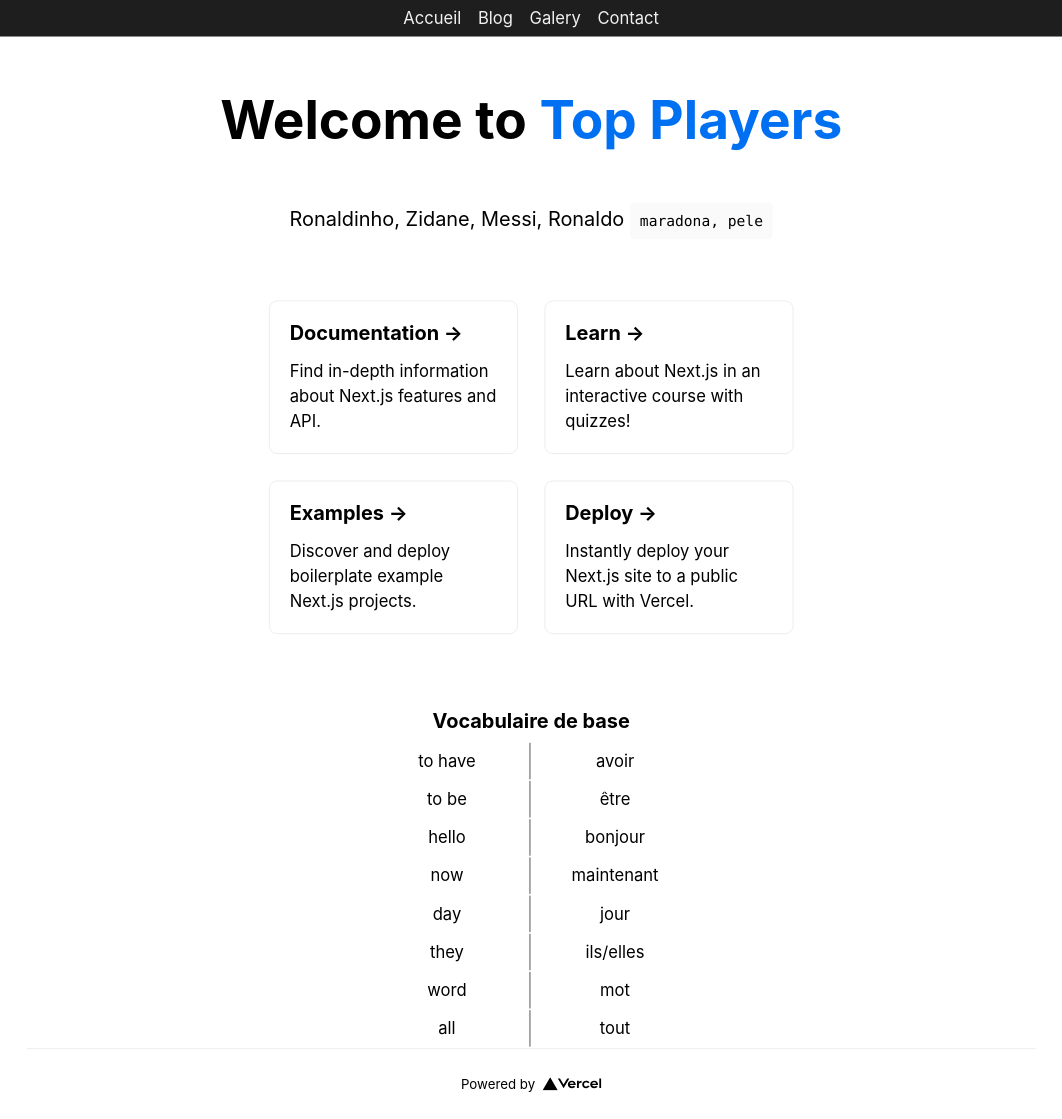
Repository: duncanidaho14/next-first-app
Page: /
These files come from the project's save history. The page is drawn as it stood at one moment and after the next save; the edit follows.
The browser window is 1280 px wide. The pictures show the whole page, at 83% of full size.
The project was rebuilt for these pictures with package versions that can differ from the ones it lists, and the page was loaded fresh each time. The framework's server and built-in components were replaced by stand-ins that run in the browser. Also part of the build but not shown: next.config.js.

Above is the page before, as saved 2022-03-06 12:41:46.

After the next save:
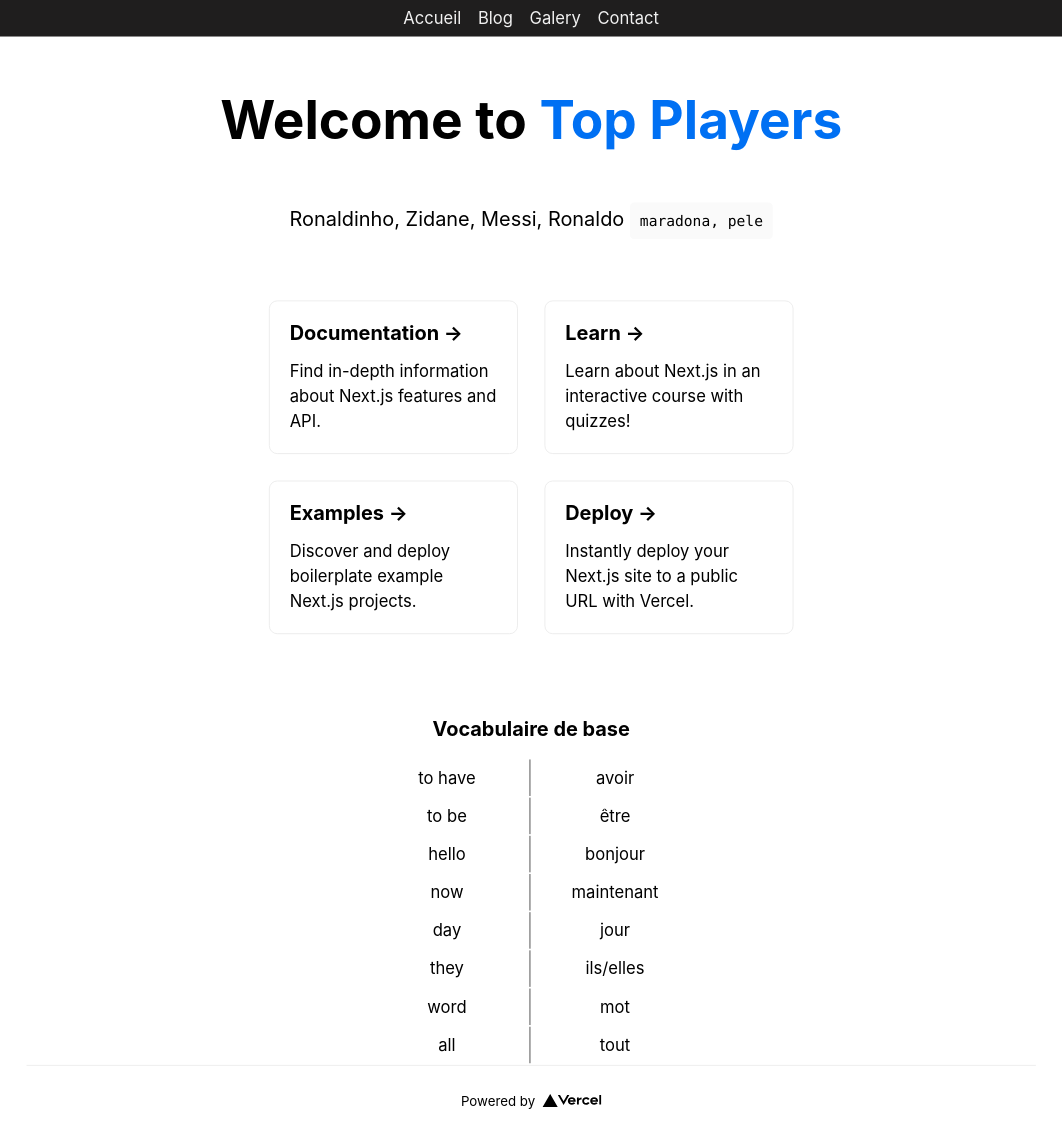
Saved 29 s later.
--- a/styles/Home.module.css
+++ b/styles/Home.module.css
@@ -117,7 +117,7 @@
 
 .titre {
   text-align: center;
-  margin: 10px 0;
+  margin: 20px 0;
 }
 
 .tableau {
